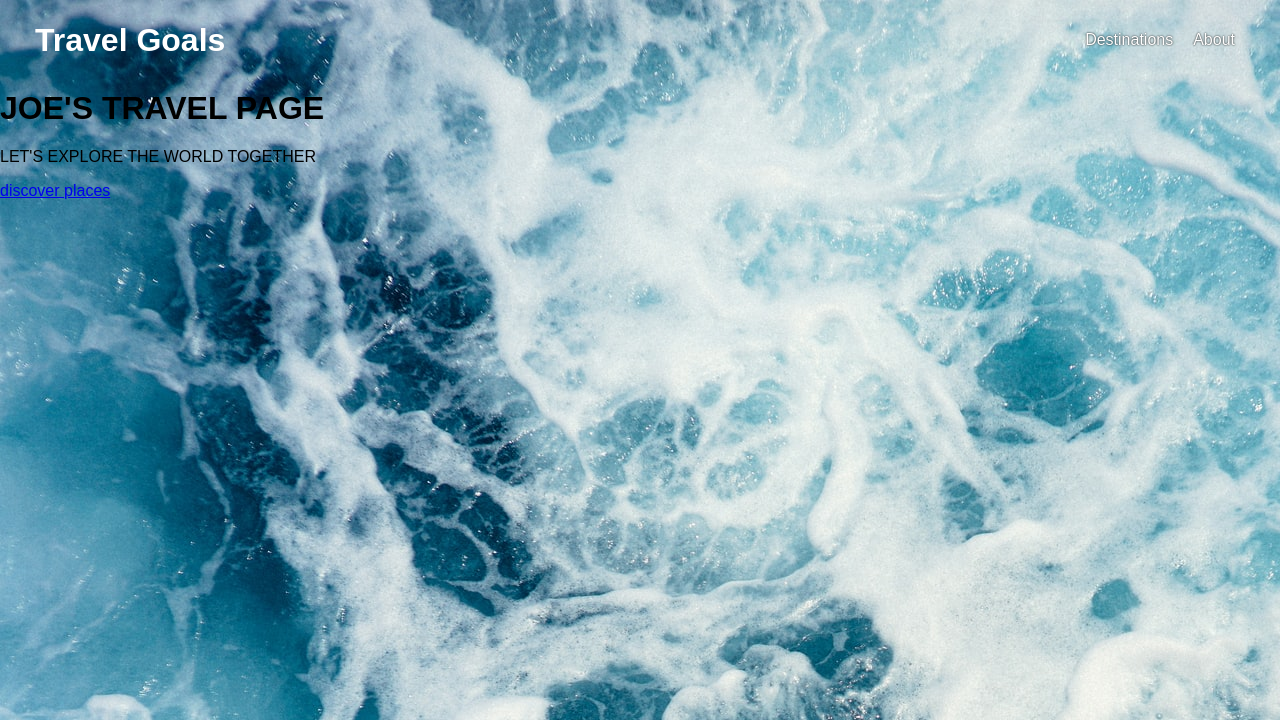
Repository: Harjot00/Wevdev
Page: Travel/index.html
These files come from the project's save history. The page is drawn as it stood at one moment and after the next save; the edit follows.
The browser window is 1280 px wide. The pictures show the whole page.

Above is the page before, as saved 2022-05-07 02:23:34.

After the next save:
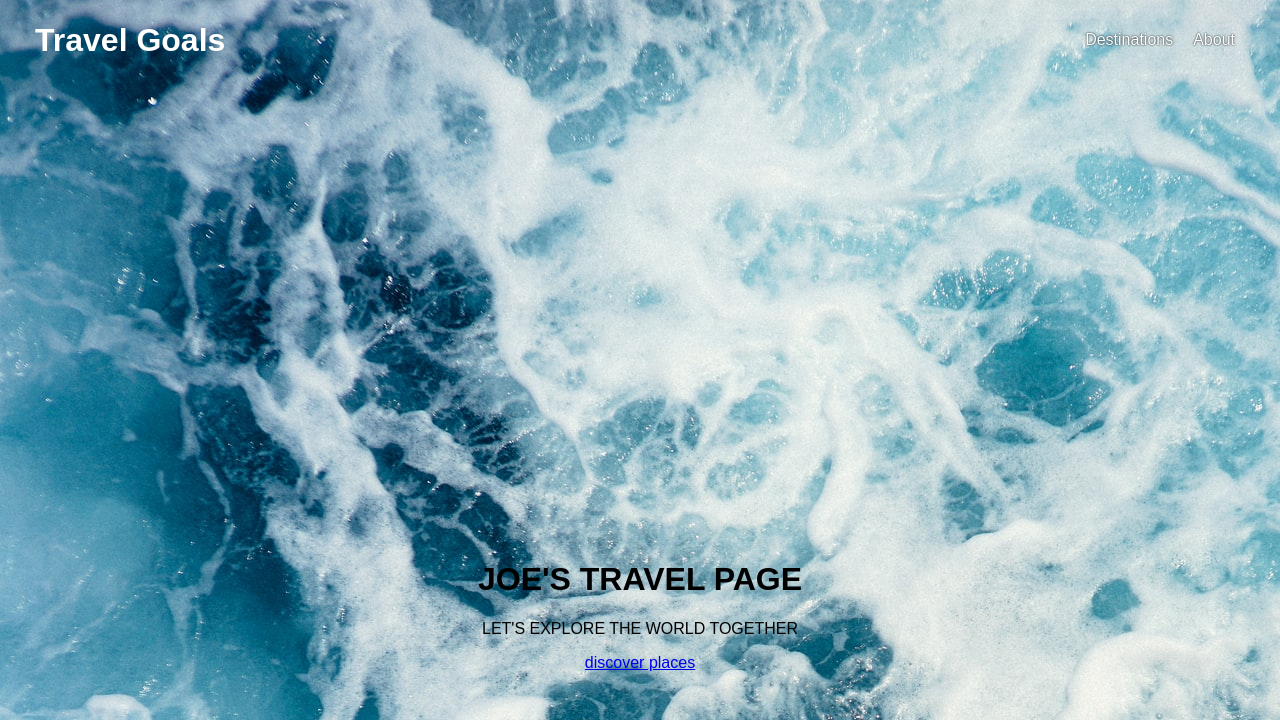
Saved 60 s later.
--- a/Travel/style.css
+++ b/Travel/style.css
@@ -32,7 +32,7 @@
     color: white;
     text-shadow: black 0px 0px 2px;
 }
-#center-content{
+#centercontent{
     padding:25px 0px 25px 0px;
     text-align: center;
     margin-top:450px;
